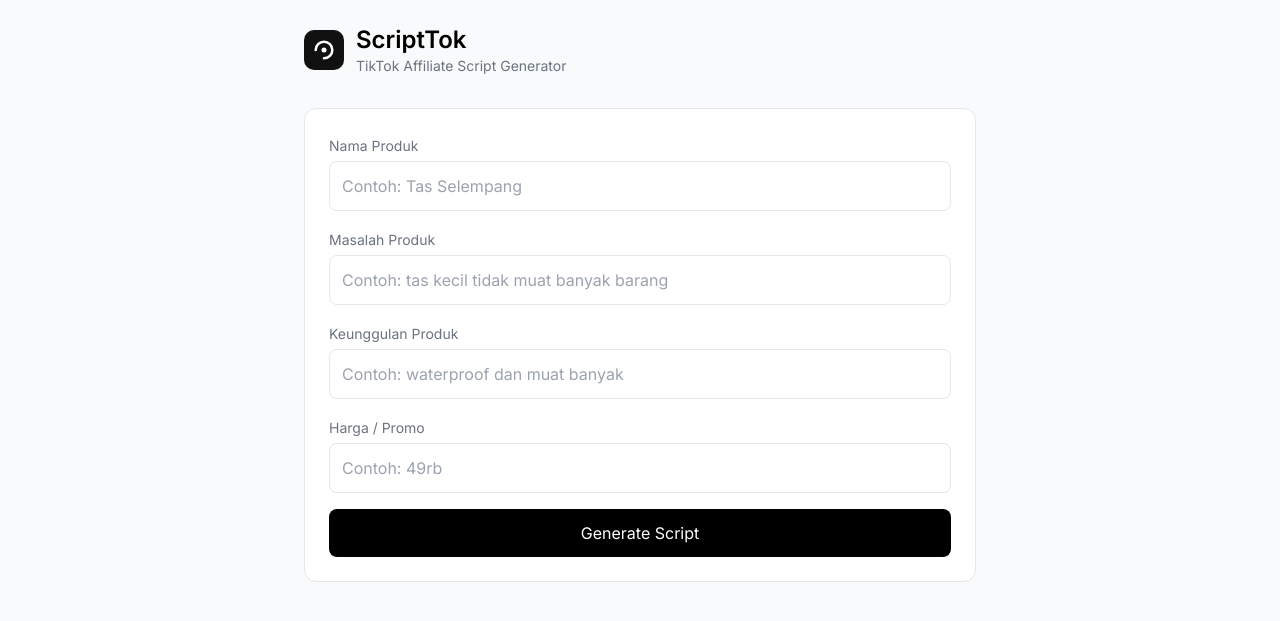
Repository: diritditdit07/ScriptTok
Page: /
The author's editor kept a copy of each file at every save. The page is drawn from the files as they stood at one save, then again after the next save.
The browser window is 1280 px wide. The pictures show the whole page.
The project was rebuilt for these pictures with package versions that can differ from the ones it lists, and the page was loaded fresh each time. Also part of the build but not shown: vite.config.js.

Above is the page before, as saved 2026-03-05 11:43:12.

### index.html
<!doctype html>
<html lang="en">
  <head>
    <meta charset="UTF-8" />
    <link rel="icon" type="image/svg+xml" href="/vite.svg" />
    <meta name="viewport" content="width=device-width, initial-scale=1.0" />
    <title>scripttok</title>
    <link rel="preconnect" href="https://fonts.googleapis.com">
<link rel="preconnect" href="https://fonts.gstatic.com" crossorigin>

<link href="https://fonts.googleapis.com/css2?family=Inter:wght@300;400;500;600&display=swap" rel="stylesheet">
  </head>
  <body>
    <div id="root"></div>
    <script type="module" src="/src/main.jsx"></script>
  </body>
</html>

### src/index.css
body {
  font-family: 'Inter', sans-serif;
}

@tailwind base;
@tailwind components;
@tailwind utilities;

### src/App.jsx
import { useState } from "react";
import ProductForm from "./components/ProductForm";
import ScriptResult from "./components/ScriptResult";
import HookList from "./components/HookList";

import { generateScript } from "./utils/generator";
import { generateHooks } from "./utils/hookGenerator";
import logo from "./assets/logo.svg";

function App() {
  const [script, setScript] = useState(null);
  const [hooks, setHooks] = useState([]);

  function handleGenerate(data) {
    const resultScript = generateScript(data);
    setScript(resultScript);

    const resultHooks = generateHooks(data.product);
    setHooks(resultHooks);
  }

  return (
    <div className="min-h-screen bg-gray-50 flex justify-center p-6">
      <div className="w-full max-w-2xl">
        <header className="mb-8 flex items-center gap-3">
          <img src={logo} alt="ScriptTok Logo" className="w-10 h-10" />

          <div>
            <h1 className="text-2xl font-semibold">ScriptTok</h1>

            <p className="text-gray-500 text-sm">
              TikTok Affiliate Script Generator
            </p>
          </div>
        </header>

        {/* FORM CARD */}

        <div className="bg-white border border-gray-200 rounded-xl p-6">
          <ProductForm onGenerate={handleGenerate} />
        </div>

        {/* HOOK RESULT */}

        {hooks.length > 0 && (
          <div className="bg-white border border-gray-200 rounded-xl p-6 mt-6">
            <HookList hooks={hooks} />
          </div>
        )}

        {/* SCRIPT RESULT */}

        {script && (
          <div className="bg-white border border-gray-200 rounded-xl p-6 mt-6">
            <ScriptResult script={script} />
          </div>
        )}
      </div>
    </div>
  );
}

export default App;

### src/components/ProductForm.jsx
import { useState } from "react";

export default function ProductForm({ onGenerate }) {

  const [form, setForm] = useState({
    product: "",
    problem: "",
    advantage: "",
    price: ""
  });

  function handleChange(e) {
    setForm({
      ...form,
      [e.target.name]: e.target.value
    });
  }

  function handleSubmit(e) {
    e.preventDefault();
    onGenerate(form);
  }

  const inputStyle =
    "w-full mt-1 border border-gray-200 rounded-lg p-3 outline-none focus:ring-2 focus:ring-black/20";

  return (

    <form onSubmit={handleSubmit} className="space-y-4">

      <div>
        <label className="text-sm text-gray-500">Nama Produk</label>
        <input
          name="product"
          placeholder="Contoh: Tas Selempang"
          onChange={handleChange}
          className={inputStyle}
        />
      </div>

      <div>
        <label className="text-sm text-gray-500">Masalah Produk</label>
        <input
          name="problem"
          placeholder="Contoh: tas kecil tidak muat banyak barang"
          onChange={handleChange}
          className={inputStyle}
        />
      </div>

      <div>
        <label className="text-sm text-gray-500">Keunggulan Produk</label>
        <input
          name="advantage"
          placeholder="Contoh: waterproof dan muat banyak"
          onChange={handleChange}
          className={inputStyle}
        />
      </div>

      <div>
        <label className="text-sm text-gray-500">Harga / Promo</label>
        <input
          name="price"
          placeholder="Contoh: 49rb"
          onChange={handleChange}
          className={inputStyle}
        />
      </div>

      <button
        type="submit"
        className="w-full bg-black text-white p-3 rounded-lg hover:opacity-90"
      >
        Generate Script
      </button>

    </form>
  );
}

### src/utils/generator.js
export function generateScript(data) {

  const { product, problem, advantage, price } = data;

  const templates = [

    {
      hook: `Gue baru nemu ${product} ini di TikTok shop...`,
      relatable: `Biasanya ${problem}.`,
      scene1: `Tunjukin ${product} dari dekat ke kamera.`,
      scene2: `Masukin beberapa barang ke dalam ${product}.`,
      scene3: `Highlight fitur utama: ${advantage}.`,
      price: `Dan yang bikin kaget... harganya cuma ${price}.`,
      cta: `Kalau mau cek produknya langsung klik keranjang kuning.`
    },

    {
      hook: `Serius ini ${product} worth it banget.`,
      relatable: `Awalnya gue kira ini cuma produk biasa.`,
      scene1: `Unboxing ${product}.`,
      scene2: `Demo penggunaan ${product}.`,
      scene3: `Tes keunggulan: ${advantage}.`,
      price: `Harga segini cuma ${price}.`,
      cta: `Link produknya ada di keranjang kuning.`
    },

    {
      hook: `Kalau kamu sering ngalamin ini...`,
      relatable: `${problem}.`,
      scene1: `Kenalin ${product}.`,
      scene2: `Demo bagaimana ${product} dipakai.`,
      scene3: `Highlight fitur ${advantage}.`,
      price: `Dan harganya cuma ${price}.`,
      cta: `Cek produknya di keranjang kuning sekarang.`
    }

  ];

  const randomTemplate =
    templates[Math.floor(Math.random() * templates.length)];

  return randomTemplate;
}

### src/utils/hookGenerator.js
export function generateHooks(product) {

  const hooks = [
    `Kenapa ${product} ini lagi viral di TikTok?`,
    `Gue nyesel baru nemu ${product} ini sekarang.`,
    `${product} ini ternyata jauh lebih bagus dari yang gue kira.`,
    `Serius ini ${product} worth it banget.`,
    `Kenapa banyak orang beli ${product} ini?`,
    `Awalnya gue kira ${product} ini biasa aja...`,
    `${product} ini lagi rame banget di TikTok shop.`,
    `Ini ${product} paling worth it yang pernah gue coba.`
  ];

  const shuffled = hooks.sort(() => 0.5 - Math.random());

  return shuffled.slice(0, 5);
}

### tailwind.config.js
export default {
  content: [
    "./index.html",
    "./src/**/*.{js,jsx}"
  ],
  theme: {
    extend: {

      fontFamily: {
        sans: ["Inter", "sans-serif"]
      }

    },
  },
  plugins: [],
}

### src/components/ScriptResult.jsx
export default function ScriptResult({ script }) {

  if (!script) return null;

  function copyScript() {

    const fullScript = `
HOOK
${script.hook}

RELATABLE
${script.relatable}

SCENE 1
${script.scene1}

SCENE 2
${script.scene2}

SCENE 3
${script.scene3}

PRICE
${script.price}

CTA
${script.cta}
`;

    navigator.clipboard.writeText(fullScript);
    alert("Script copied!");
  }

  return (

    <div>

      <div className="flex justify-between items-center mb-4">

        <h2 className="text-lg font-semibold">
          Video Script
        </h2>

        <button
          onClick={copyScript}
          className="text-sm bg-gray-900 text-white px-3 py-1 rounded-lg"
        >
          Copy
        </button>

      </div>

      <ScriptCard title="Hook" content={script.hook} />
      <ScriptCard title="Relatable Moment" content={script.relatable} />
      <ScriptCard title="Scene 1" content={script.scene1} />
      <ScriptCard title="Scene 2" content={script.scene2} />
      <ScriptCard title="Scene 3" content={script.scene3} />
      <ScriptCard title="Price Moment" content={script.price} />
      <ScriptCard title="Call To Action" content={script.cta} />

    </div>
  );
}

function ScriptCard({ title, content }) {

  return (

    <div className="border border-gray-200 rounded-lg p-4 mb-3">

      <div className="text-xs text-gray-400 uppercase mb-1">
        {title}
      </div>

      <div className="text-gray-800">
        {content}
      </div>

    </div>

  );
}

### src/components/HookList.jsx
export default function HookList({ hooks }) {

  if (!hooks || hooks.length === 0) return null;

  return (

    <div>

      <h2 className="text-lg font-semibold mb-3">
        Hook Ideas
      </h2>

      <div className="space-y-2">

        {hooks.map((hook, index) => (

          <div
            key={index}
            className="border border-gray-200 rounded-lg p-3 hover:bg-gray-50"
          >
            {hook}
          </div>

        ))}

      </div>

    </div>
  );
}

Loaded but not shown: src/main.jsx (common file)

After the next save:
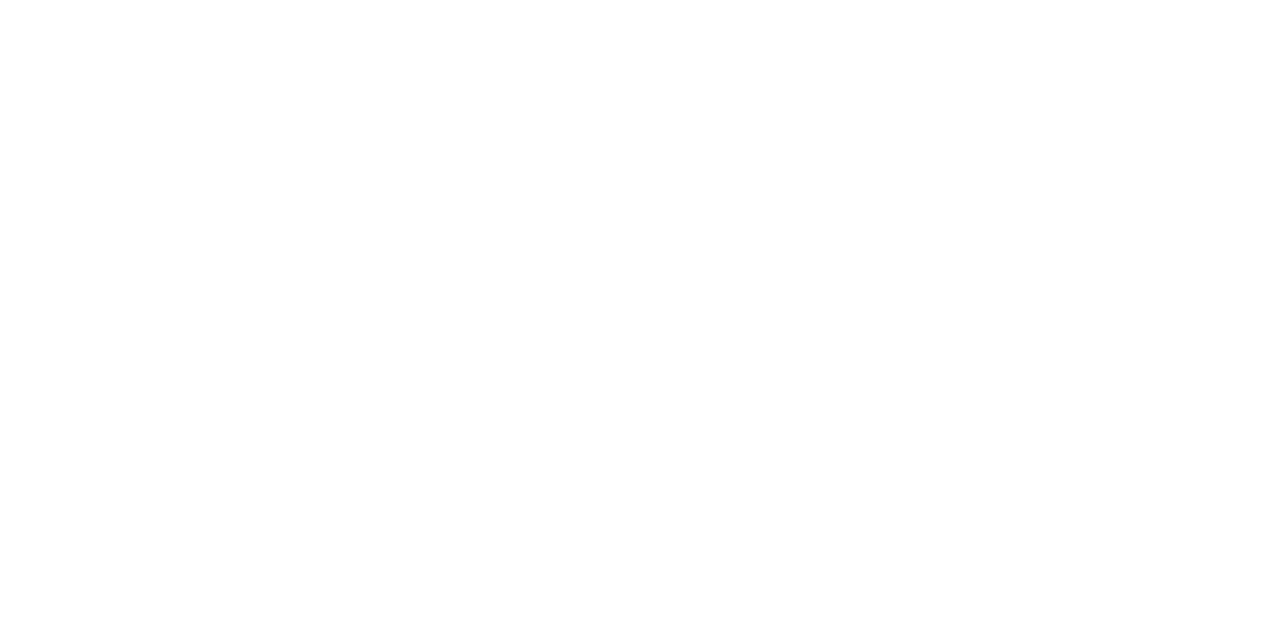
Console error (its wording comes from the project's code and is left out).
Saved 62 s later.
--- a/index.html
+++ b/index.html
@@ -1,17 +1,50 @@
-<!doctype html>
-<html lang="en">
-  <head>
-    <meta charset="UTF-8" />
-    <link rel="icon" type="image/svg+xml" href="/vite.svg" />
-    <meta name="viewport" content="width=device-width, initial-scale=1.0" />
-    <title>scripttok</title>
-    <link rel="preconnect" href="https://fonts.googleapis.com">
-<link rel="preconnect" href="https://fonts.gstatic.com" crossorigin>
+<head>
+  <meta charset="UTF-8" />
 
-<link href="https://fonts.googleapis.com/css2?family=Inter:wght@300;400;500;600&display=swap" rel="stylesheet">
-  </head>
-  <body>
-    <div id="root"></div>
-    <script type="module" src="/src/main.jsx"></script>
-  </body>
-</html>
+  <!-- Favicon -->
+  <link rel="icon" type="image/svg+xml" href="/src/assets/logo.svg" />
+
+  <!-- Responsive -->
+  <meta name="viewport" content="width=device-width, initial-scale=1.0" />
+
+  <!-- Title -->
+  <title>ScriptTok — TikTok Affiliate Script Generator</title>
+
+  <!-- SEO Description -->
+  <meta
+    name="description"
+    content="Generate TikTok affiliate scripts instantly. Create viral hooks, video scenes, and selling scripts for TikTok Shop creators."
+  />
+
+  <!-- Keywords -->
+  <meta
+    name="keywords"
+    content="tiktok script generator, affiliate script generator, tiktok shop script, content creator tools"
+  />
+
+  <!-- Author -->
+  <meta name="author" content="ScriptTok" />
+
+  <!-- Open Graph (Social Share) -->
+  <meta property="og:title" content="ScriptTok — TikTok Affiliate Script Generator" />
+  <meta
+    property="og:description"
+    content="Create viral TikTok affiliate scripts, hooks, and video ideas instantly."
+  />
+  <meta property="og:type" content="website" />
+  <meta property="og:image" content="/src/assets/logo.svg" />
+
+  <!-- Twitter Card -->
+  <meta name="twitter:card" content="summary_large_image" />
+  <meta name="twitter:title" content="ScriptTok — TikTok Affiliate Script Generator" />
+  <meta
+    name="twitter:description"
+    content="Generate viral TikTok affiliate scripts in seconds."
+  />
+
+  <!-- Font Inter -->
+  <link rel="preconnect" href="https://fonts.googleapis.com">
+  <link rel="preconnect" href="https://fonts.gstatic.com" crossorigin>
+
+  <link href="https://fonts.googleapis.com/css2?family=Inter:wght@300;400;500;600&display=swap" rel="stylesheet">
+</head>

After the save that followed:
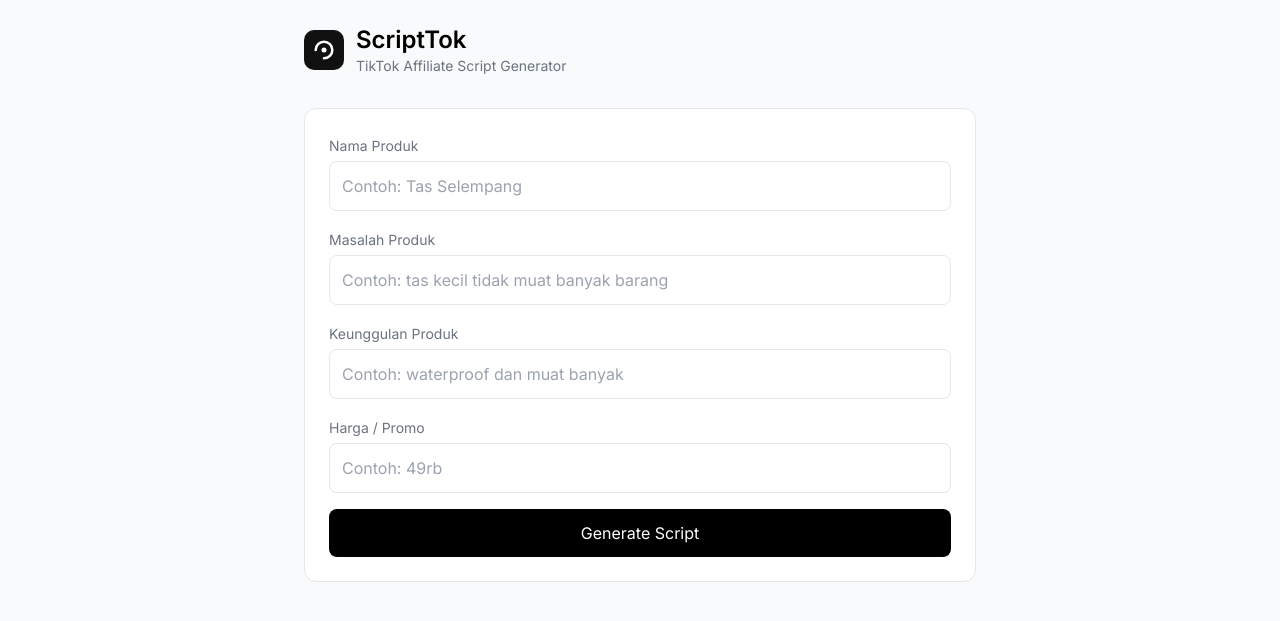
The error is gone.
Saved 14 s later.
--- a/index.html
+++ b/index.html
@@ -1,50 +1,17 @@
-<head>
-  <meta charset="UTF-8" />
+<!doctype html>
+<html lang="en">
+  <head>
+    <meta charset="UTF-8" />
+    <link rel="icon" type="image/svg+xml" href="/vite.svg" />
+    <meta name="viewport" content="width=device-width, initial-scale=1.0" />
+    <title>scripttok</title>
+    <link rel="preconnect" href="https://fonts.googleapis.com">
+<link rel="preconnect" href="https://fonts.gstatic.com" crossorigin>
 
-  <!-- Favicon -->
-  <link rel="icon" type="image/svg+xml" href="/src/assets/logo.svg" />
-
-  <!-- Responsive -->
-  <meta name="viewport" content="width=device-width, initial-scale=1.0" />
-
-  <!-- Title -->
-  <title>ScriptTok — TikTok Affiliate Script Generator</title>
-
-  <!-- SEO Description -->
-  <meta
-    name="description"
-    content="Generate TikTok affiliate scripts instantly. Create viral hooks, video scenes, and selling scripts for TikTok Shop creators."
-  />
-
-  <!-- Keywords -->
-  <meta
-    name="keywords"
-    content="tiktok script generator, affiliate script generator, tiktok shop script, content creator tools"
-  />
-
-  <!-- Author -->
-  <meta name="author" content="ScriptTok" />
-
-  <!-- Open Graph (Social Share) -->
-  <meta property="og:title" content="ScriptTok — TikTok Affiliate Script Generator" />
-  <meta
-    property="og:description"
-    content="Create viral TikTok affiliate scripts, hooks, and video ideas instantly."
-  />
-  <meta property="og:type" content="website" />
-  <meta property="og:image" content="/src/assets/logo.svg" />
-
-  <!-- Twitter Card -->
-  <meta name="twitter:card" content="summary_large_image" />
-  <meta name="twitter:title" content="ScriptTok — TikTok Affiliate Script Generator" />
-  <meta
-    name="twitter:description"
-    content="Generate viral TikTok affiliate scripts in seconds."
-  />
-
-  <!-- Font Inter -->
-  <link rel="preconnect" href="https://fonts.googleapis.com">
-  <link rel="preconnect" href="https://fonts.gstatic.com" crossorigin>
-
-  <link href="https://fonts.googleapis.com/css2?family=Inter:wght@300;400;500;600&display=swap" rel="stylesheet">
-</head>
+<link href="https://fonts.googleapis.com/css2?family=Inter:wght@300;400;500;600&display=swap" rel="stylesheet">
+  </head>
+  <body>
+    <div id="root"></div>
+    <script type="module" src="/src/main.jsx"></script>
+  </body>
+</html>
